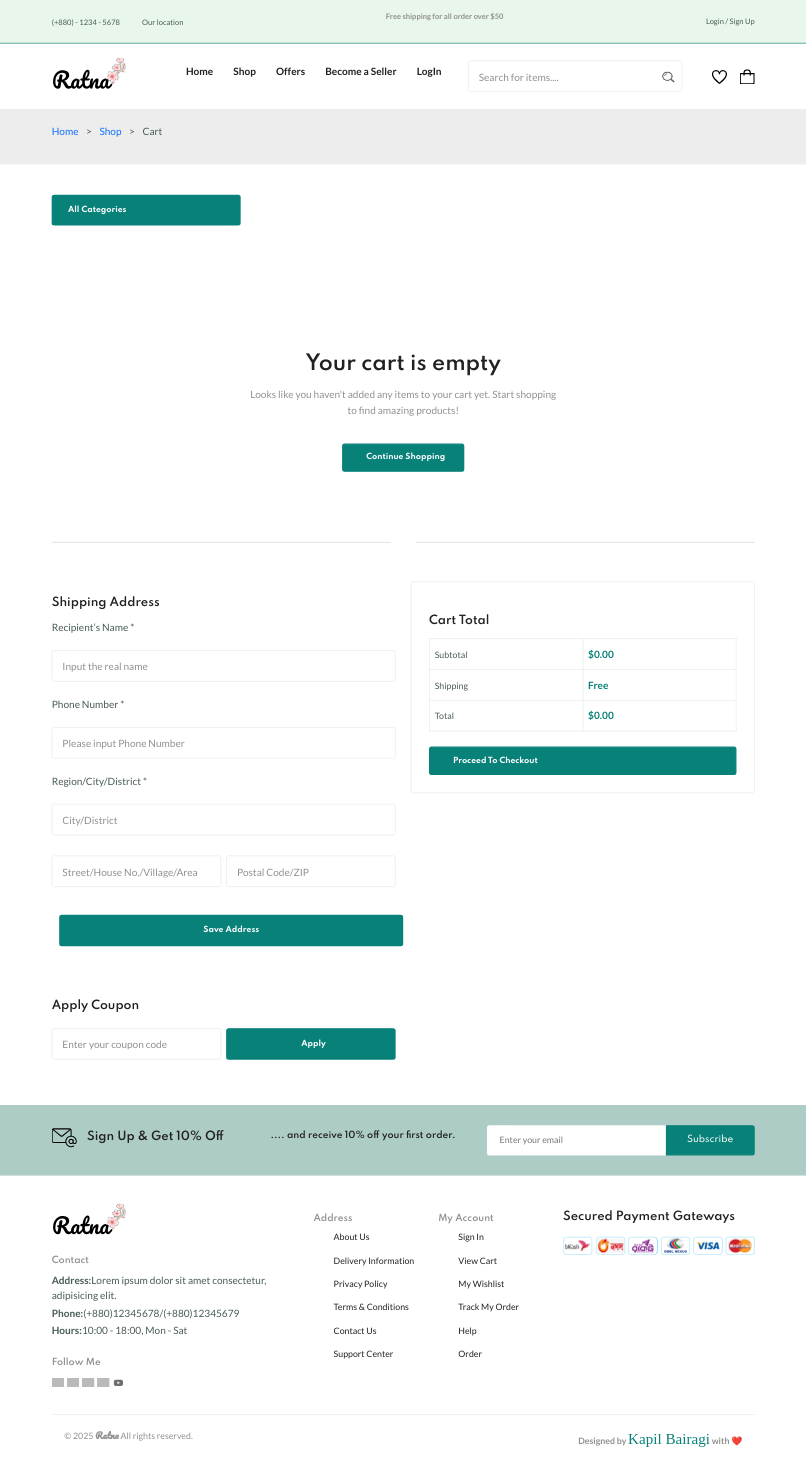
Repository: kapilbairagi/my-ecommerce-website
Page: public/cart.html
The author's editor kept a copy of each file at every save. The page is drawn from the files as they stood at one save, then again after the next save.
The browser window is 1280 px wide. The pictures show the whole page, at 63% of full size.
Pictures or frames that could not be fetched are drawn as grey boxes. Some icons come from a web library that is not loaded, so they are not drawn. Some web fonts or font styles are not loaded; a fallback is used.

Above is the page before, as saved 2025-10-18 21:43:55.
Console error: TypeError: Cannot set properties of null (setting 'innerHTML')

After the next save:
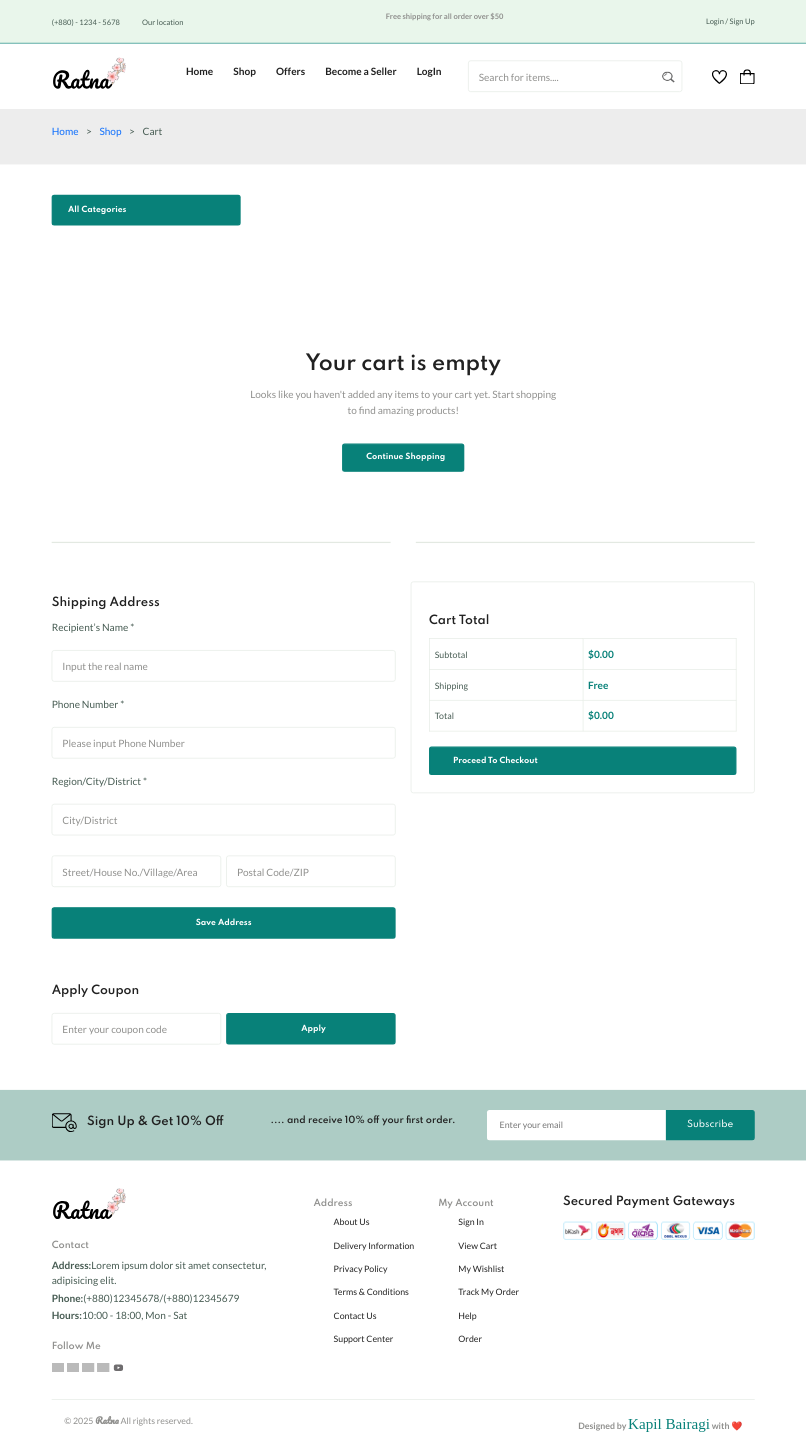
Saved 7 min 30 s later.
--- a/public/cart.html
+++ b/public/cart.html
@@ -255,7 +255,7 @@
                   <input type="text" placeholder="Postal Code/ZIP" pattern="[A-Za-z0-9\s]{5,10}" class="form__input">
                 </div>
                 <div class="form__btn">
-                  <button class="btn flex btn--sm" type="submit">Save Address</button>
+                  <button class="btn flex btn--md" type="submit">Save Address</button>
                 </div>
               </form>
 
